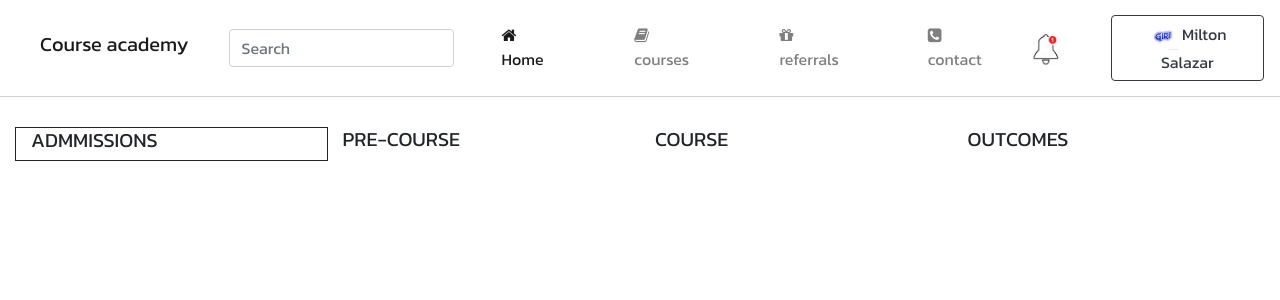
Repository: giribabu1997/html-layout
Page: task.html
The author's editor kept a copy of each file at every save. The page is drawn from the files as they stood at one save, then again after the next save.
The browser window is 1280 px wide. The pictures show the whole page.

Above is the page before, as saved 2019-06-24 09:12:09.

After the next save:
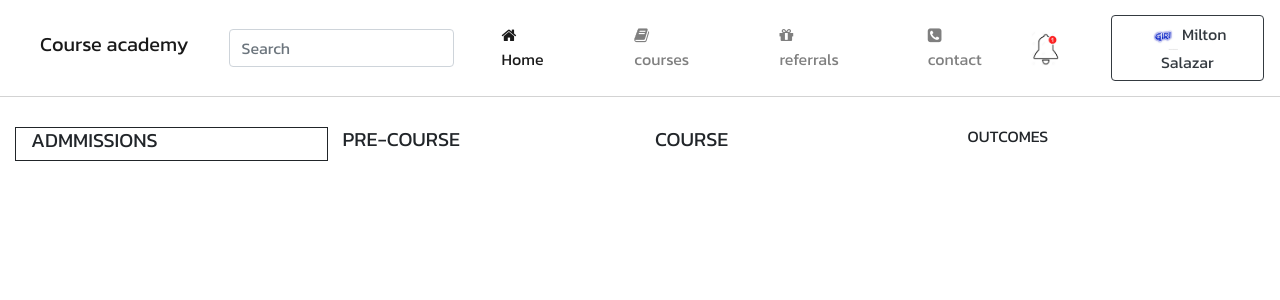
Saved 16 s later.
--- a/task.html
+++ b/task.html
@@ -81,7 +81,7 @@
                 <h5> COURSE </h5>
             </div>
             <div class="col-sm-3">
-               <h5> OUTCOMES </h5>
+               <h6> OUTCOMES </h5>
             </div>
         </div>
     </div>
